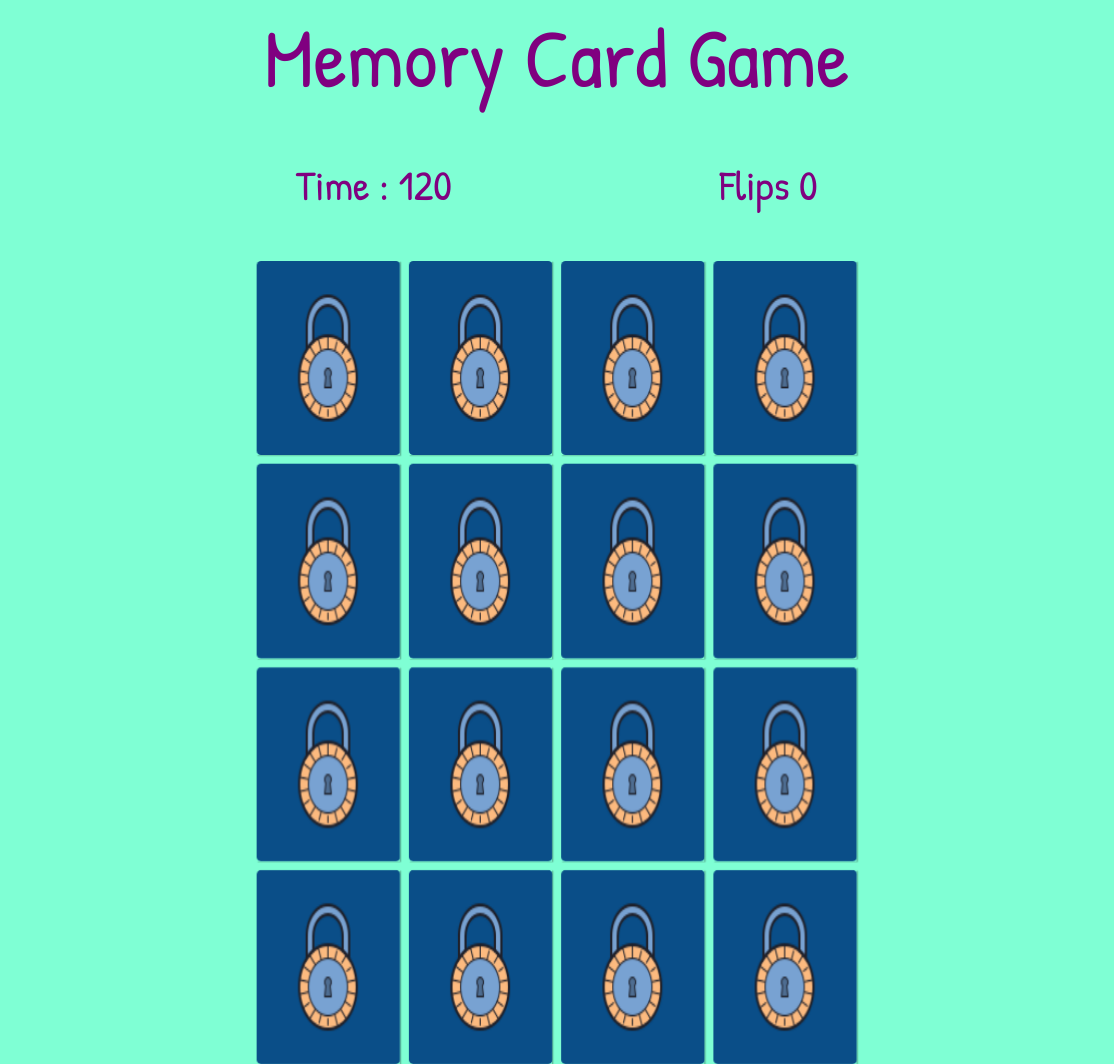
Repository: claudiadanaila1/Project-2--Interactive-FrontEnd---Memory-game
Page: index.html
The author's editor kept a record of every edit. The page is drawn from the files as they stood at one moment, then again after the next edit.
The browser window is 1280 px wide. The pictures show the whole page, at 87% of full size.

Above is the page before.

After the next edit:
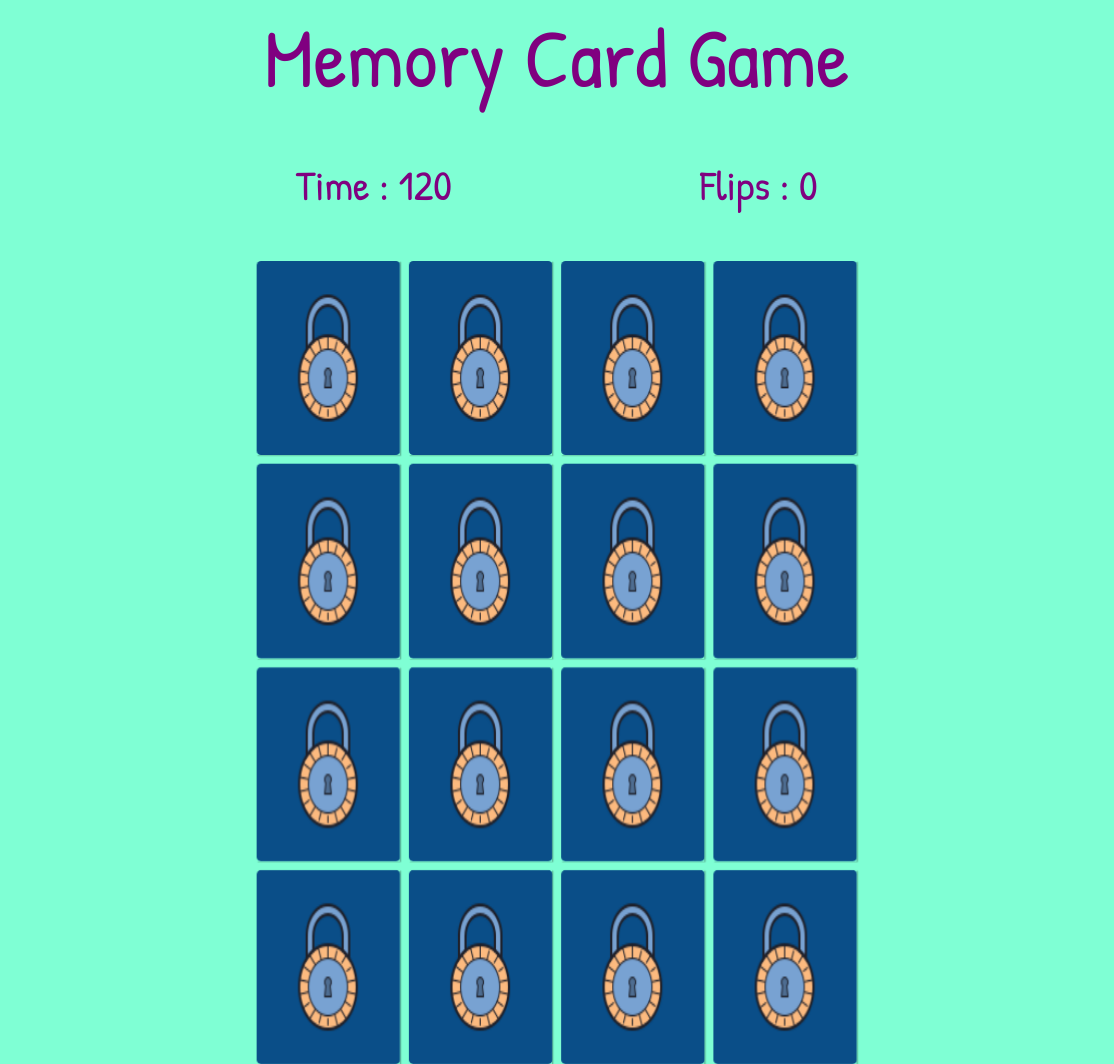
The edit:
--- a/index.html
+++ b/index.html
@@ -15,7 +15,7 @@
         Time : <span id="time-remaining">120</span>
       </div>
       <div class="game-info">
-        Flips <span id="flips">0</span>
+        Flips : <span id="flips">0</span>
       </div>
     </div>
 
